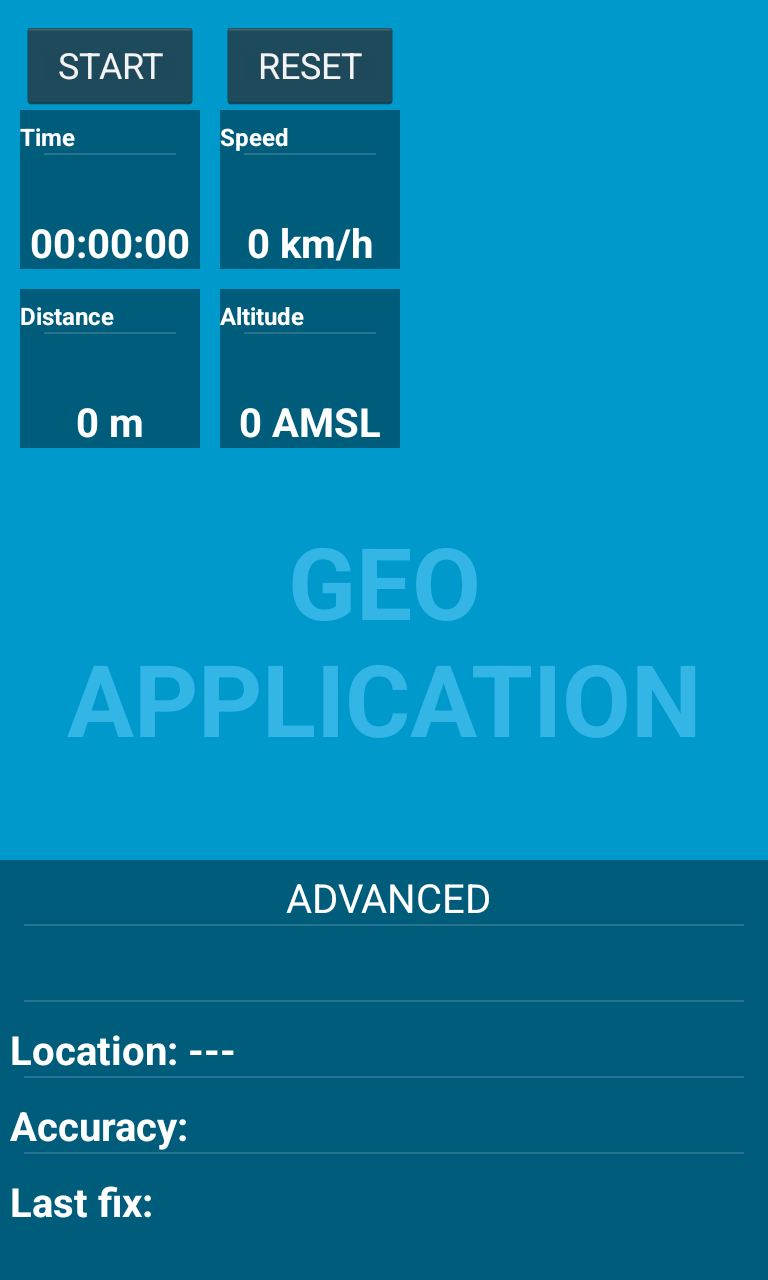
Repository: sebastianR1001/GeoApplication
Layout: GeoApplication/res/layout/activity_fullscreen.xml
An editor plug-in stored every save of this project. The layout is shown before and after the next save, followed by the edit.
It is drawn on a 768 x 1280 px phone screen (xhdpi) without system bars, with theme FullscreenTheme; the app's code is not run.

Above is the layout before, as saved 2014-10-24 18:08:18.

### GeoApplication/res/layout/activity_fullscreen.xml
<FrameLayout xmlns:android="http://schemas.android.com/apk/res/android"
    xmlns:tools="http://schemas.android.com/tools"
    android:layout_width="match_parent"
    android:layout_height="match_parent"
    android:background="#0099cc"
    tools:context="geo.geoapplication.FullscreenActivity" >

    <!--
         The primary full-screen view. This can be replaced with whatever view
         is needed to present your content, e.g. VideoView, SurfaceView,
         TextureView, etc.
    -->

    <TextView
        android:id="@+id/fullscreen_content"
        android:layout_width="match_parent"
        android:layout_height="match_parent"
        android:gravity="center"
        android:keepScreenOn="true"
        android:text="@string/geo_application"
        android:textColor="#33b5e5"
        android:textSize="50sp"
        android:textStyle="bold" />

     <TableLayout
        android:layout_width="wrap_content"
        android:layout_height="wrap_content"
        android:layout_marginTop="10dp"
        android:layout_marginLeft="10dp"  >

         <TableRow
            android:id="@+id/tableRow0"
            android:layout_width="wrap_content"
            android:layout_height="wrap_content"
            >

            <Button
		        android:id="@+id/startButton"
		        android:layout_width="90dp"
		        android:layout_height="45dp"
		        android:text="@string/startButton" />

            <LinearLayout
		        android:id="@+id/emptyLayout0"
		        style="?metaButtonBarStyle"
		        android:layout_width="10dp"
		        android:layout_height="wrap_content"
		        android:layout_gravity="center"
		        android:orientation="vertical"
		        tools:ignore="UselessParent" />

		     <Button
		        android:id="@+id/resetButton"
		        android:layout_width="90dp"
		        android:layout_height="45dp"
		        android:text="@string/resetButton" />

        </TableRow>

        <TableRow
            android:id="@+id/tableRow1"
            android:layout_width="wrap_content"
            android:layout_height="wrap_content"
            >

            <LinearLayout
		        android:id="@+id/timeLayout"
		        style="?metaButtonBarStyle"
		        android:layout_width="wrap_content"
		        android:layout_height="wrap_content"
		        android:layout_weight="3"
		        android:background="@color/black_overlay"
		        android:orientation="vertical"
		        tools:ignore="UselessParent" >

			    <TextView
			        android:layout_width="match_parent"
			        android:layout_height="match_parent"
			        android:layout_marginTop="5dp"
			        android:text="@string/timeText"
			        android:id="@+id/timeText"
			        android:textColor="#ffffff"
			        android:textSize="12sp"
			        android:textStyle="bold" />

			    <TextView
			        android:layout_width="match_parent"
			        android:layout_height="match_parent"
			        android:text="@string/time"
			        android:id="@+id/time"
			        android:layout_marginTop="30dp"
			        android:gravity="center"
			        android:textColor="#ffffff"
			        android:textSize="20sp"
			        android:textStyle="bold" />

	        </LinearLayout>

            <LinearLayout
		        android:id="@+id/emptyLayout1"
		        style="?metaButtonBarStyle"
		        android:layout_width="10dp"
		        android:layout_height="wrap_content"
		        android:orientation="vertical"
		        tools:ignore="UselessParent" />


			<LinearLayout
		        android:id="@+id/speedLayout"
		        style="?metaButtonBarStyle"
		        android:layout_width="wrap_content"
		        android:layout_height="wrap_content"
		        android:layout_weight="3"
		        android:background="@color/black_overlay"
		        android:orientation="vertical"
		        tools:ignore="UselessParent" >

			    <TextView
			        android:layout_width="match_parent"
			        android:layout_height="match_parent"
			        android:layout_marginTop="5dp"
			        android:text="@string/speedText"
			        android:id="@+id/speedText"
			        android:textColor="#ffffff"
			        android:textSize="12sp"
			        android:textStyle="bold" />

			    <TextView
			        android:layout_width="match_parent"
			        android:layout_height="match_parent"
			        android:text="@string/speed"
			        android:id="@+id/speed"
			        android:layout_marginTop="30dp"
			        android:gravity="center"
			        android:textColor="#ffffff"
			        android:textSize="20sp"
			        android:textStyle="bold" />

	        </LinearLayout>

        </TableRow>

        <TableRow
            android:id="@+id/tableRow4"
            android:layout_width="wrap_content"
            android:layout_height="wrap_content"
            android:layout_marginTop="10dp"
            >

            <LinearLayout
		        android:id="@+id/distanceLayout"
		        style="?metaButtonBarStyle"
		        android:layout_width="wrap_content"
		        android:layout_height="wrap_content"
		        android:layout_weight="3"
		        android:background="@color/black_overlay"
		        android:orientation="vertical"
		        tools:ignore="UselessParent" >

			    <TextView
			        android:layout_width="match_parent"
			        android:layout_height="match_parent"
			        android:layout_marginTop="5dp"
			        android:text="@string/distanceText"
			        android:id="@+id/distanceText"
			        android:textColor="#ffffff"
			        android:textSize="12sp"
			        android:textStyle="bold" />

			    <TextView
			        android:layout_width="match_parent"
			        android:layout_height="match_parent"
			        android:text="@string/distance"
			        android:id="@+id/distance"
			        android:layout_marginTop="30dp"
			        android:gravity="center"
			        android:textColor="#ffffff"
			        android:textSize="20sp"
			        android:textStyle="bold" />

	        </LinearLayout>

            <LinearLayout
		        android:id="@+id/emptyLayout2"
		        style="?metaButtonBarStyle"
		        android:layout_width="10dp"
		        android:layout_height="wrap_content"
		        android:orientation="vertical"
		        tools:ignore="UselessParent" />


			<LinearLayout
		        android:id="@+id/elevationLayout"
		        style="?metaButtonBarStyle"
		        android:layout_width="wrap_content"
		        android:layout_height="wrap_content"
		        android:layout_weight="3"
		        android:background="@color/black_overlay"
		        android:orientation="vertical"
		        tools:ignore="UselessParent" >

			    <TextView
			        android:layout_width="match_parent"
			        android:layout_height="match_parent"
			        android:layout_marginTop="5dp"
			        android:text="@string/altitudeText"
			        android:id="@+id/altitudeText"
			        android:textColor="#ffffff"
			        android:textSize="12sp"
			        android:textStyle="bold" />

			    <TextView
			        android:layout_width="match_parent"
			        android:layout_height="match_parent"
			        android:text="@string/altitude"
			        android:id="@+id/altitude"
			        android:layout_marginTop="30dp"
			        android:gravity="center"
			        android:textColor="#ffffff"
			        android:textSize="20sp"
			        android:textStyle="bold" />

	        </LinearLayout>

        </TableRow>

    </TableLayout>


	   <LinearLayout
	        android:id="@+id/advanced"
	        style="?metaButtonBarStyle"
	        android:layout_width="match_parent"
	        android:layout_height="210dp"
	        android:layout_gravity="bottom|center_horizontal"
	        android:background="@color/black_overlay"
	        android:orientation="vertical"
	        tools:ignore="UselessParent" >

	       <TextView
		        android:id="@+id/advancedInformation"
		        android:layout_width="wrap_content"
                android:layout_height="wrap_content"
                android:text="@string/advancedText"
		        android:paddingTop="5dp"
		        android:paddingLeft="5dp"
		        android:layout_gravity="top|center_horizontal"
		        android:textColor="#ffffff"
		        android:textSize="20sp" />

	       <TextView
		        android:id="@+id/gpsInformation"
		        android:layout_width="wrap_content"
                android:layout_height="wrap_content"
		        android:paddingTop="10dp"
		        android:paddingLeft="5dp"
		        android:textColor="#ffffff"
		        android:textSize="20sp" />

		    <TextView
		        android:id="@+id/viewLocation"
		        android:layout_width="wrap_content"
		        android:layout_height="wrap_content"
		        android:paddingTop="10dp"
		        android:paddingLeft="5dp"
		        android:keepScreenOn="true"
		        android:text="@string/location"
		        android:textColor="#ffffff"
		        android:textSize="20sp"
		        android:textStyle="bold" />

	        <TextView
		        android:layout_width="wrap_content"
                android:layout_height="wrap_content"
		        android:paddingTop="10dp"
		        android:paddingLeft="5dp"
		        android:text="@string/accuracy"
		        android:id="@+id/accuracy"
		        android:textColor="#ffffff"
		        android:textSize="20sp"
		        android:textStyle="bold" />

	        <TextView
		        android:layout_width="wrap_content"
                android:layout_height="wrap_content"
		        android:paddingTop="10dp"
		        android:paddingLeft="5dp"
		        android:text="@string/last_fix"
		        android:id="@+id/lastFix"
		        android:textColor="#ffffff"
		        android:textSize="20sp"
		        android:textStyle="bold" />

        </LinearLayout>


    <FrameLayout
        android:layout_width="match_parent"
        android:layout_height="match_parent"
        android:fitsSystemWindows="true" >

        <LinearLayout
            android:id="@+id/fullscreen_content_controls"
            style="?metaButtonBarStyle"
            android:layout_width="match_parent"
            android:layout_height="wrap_content"
            android:layout_gravity="bottom|center_horizontal"
            android:background="@color/black_overlay"
            android:orientation="horizontal"
            tools:ignore="UselessParent" >
        </LinearLayout>

        <requestFocus />


    </FrameLayout>
    <!--
         This FrameLayout insets its children based on system windows using
         android:fitsSystemWindows.
    -->

</FrameLayout>

### GeoApplication/res/values/strings.xml
<?xml version="1.0" encoding="utf-8"?>
<resources>

    <string name="app_name">GeoApplication</string>
    <string name="dummy_button">Dummy Button</string>
    <string name="dummy_content">DUMMY\nCONTENT</string>
    <string name="geo_application">GEO\nAPPLICATION</string>
    <string name="location">Location: ---</string>
    <string name="speedText">Speed</string>
    <string name="speed">0 km/h</string>
    <string name="time">00:00:00</string>
    <string name="timeText">Time</string>
    <string name="accuracy">Accuracy:</string>
    <string name="distance">0 m</string>
    <string name="distanceText">Distance</string>
    <string name="altitude">0 AMSL</string>
    <string name="altitudeText">Altitude</string>
    <string name="last_fix">Last fix:</string>

    <string name="startButton">START</string>
    <string name="stopButton">STOP</string>
    <string name="resetButton">RESET</string>
    <string name="advancedText">ADVANCED</string>

</resources>

Loaded but not shown: GeoApplication/res/values-v11/styles.xml (common file); GeoApplication/res/values/styles.xml (common file); GeoApplication/res/values/colors.xml (common file)

After the next save:
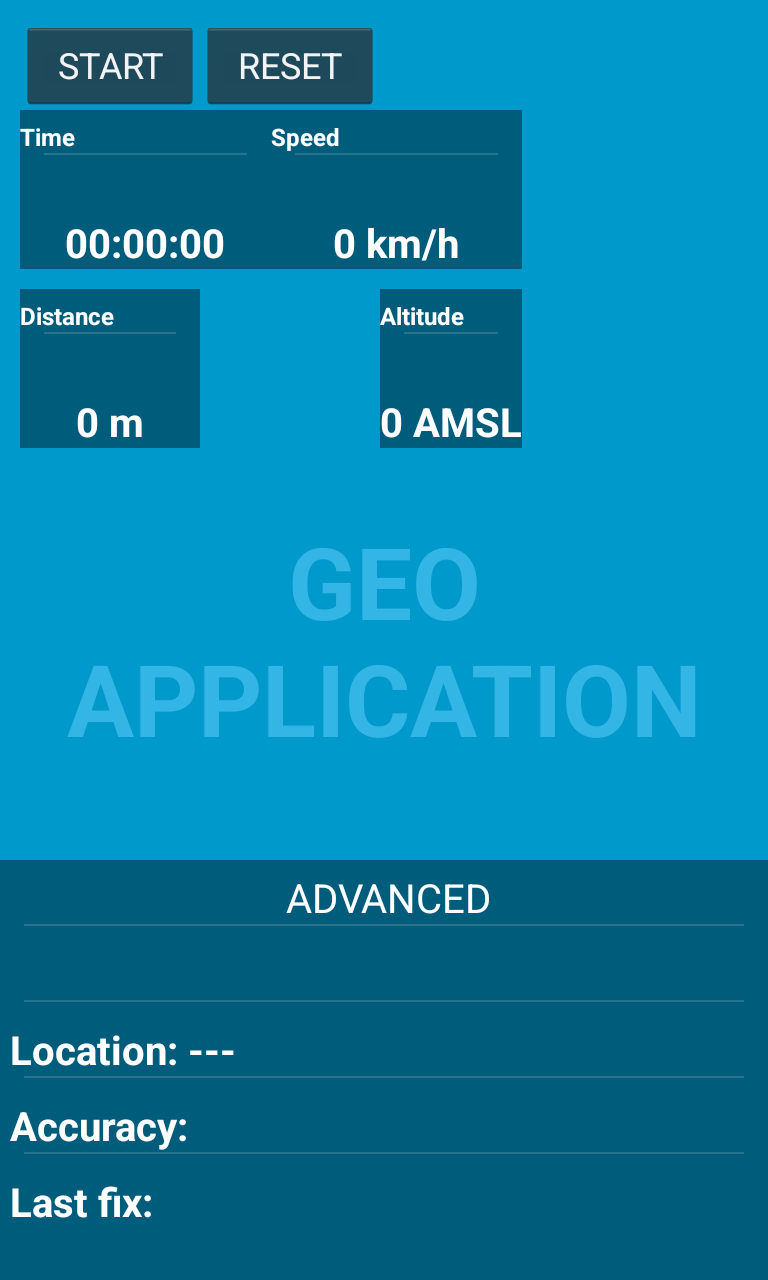
Saved 43 s later.
--- a/GeoApplication/res/layout/activity_fullscreen.xml
+++ b/GeoApplication/res/layout/activity_fullscreen.xml
@@ -40,15 +40,6 @@
 		        android:layout_height="45dp"
 		        android:text="@string/startButton" />
 
-            <LinearLayout
-		        android:id="@+id/emptyLayout0"
-		        style="?metaButtonBarStyle"
-		        android:layout_width="10dp"
-		        android:layout_height="wrap_content"
-		        android:layout_gravity="center"
-		        android:orientation="vertical"
-		        tools:ignore="UselessParent" />
-
 		     <Button
 		        android:id="@+id/resetButton"
 		        android:layout_width="90dp"
@@ -96,13 +87,6 @@
 
 	        </LinearLayout>
 
-            <LinearLayout
-		        android:id="@+id/emptyLayout1"
-		        style="?metaButtonBarStyle"
-		        android:layout_width="10dp"
-		        android:layout_height="wrap_content"
-		        android:orientation="vertical"
-		        tools:ignore="UselessParent" />
 
 
 			<LinearLayout
